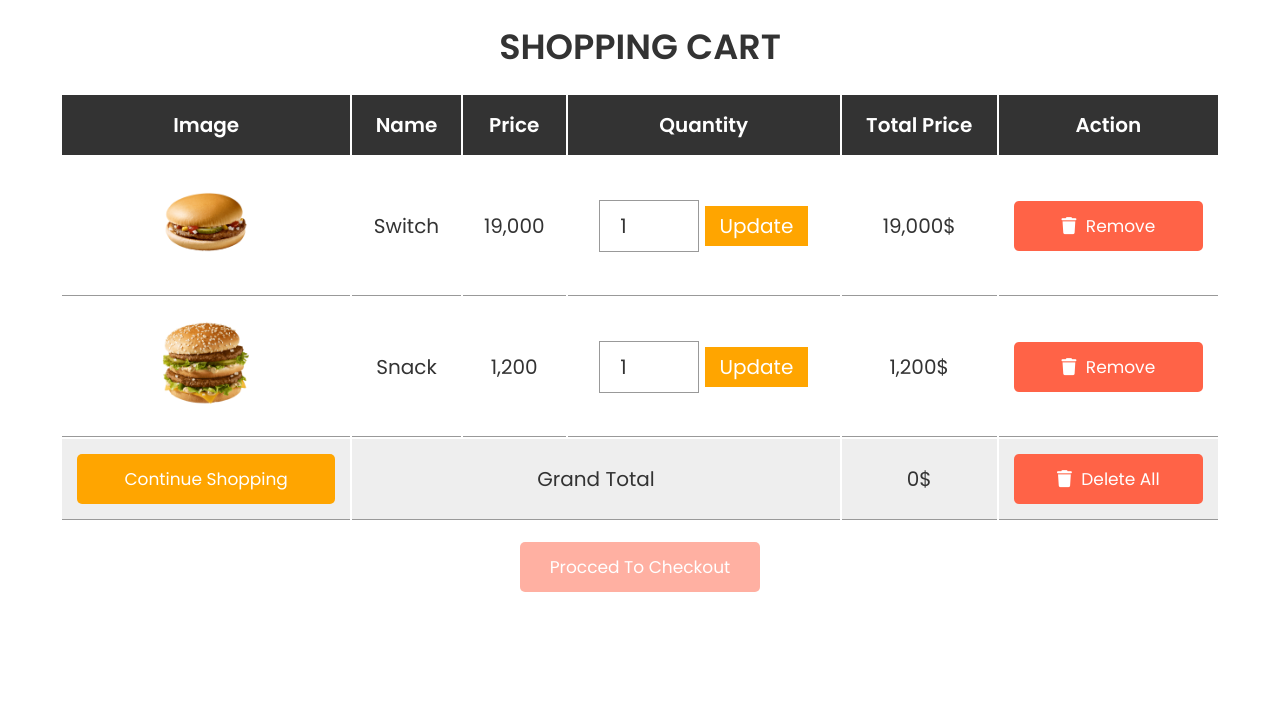
Repository: yennobita/FPT-PHP1
Page: http://localhost/cart.php
These files come from the project's save history. The page is drawn as it stood at one moment and after the next save; the edit follows.
The browser window is 1280 px wide. The pictures show the whole page.
The page is run by PHP 8.4 with error messages shown; the project is at /var/www/html/. The database holds what the project's SQL file puts in it.

Above is the page before, as saved 2022-08-04 01:30:27.
Console error: TypeError: Cannot set properties of null (setting 'onclick')

After the next save:
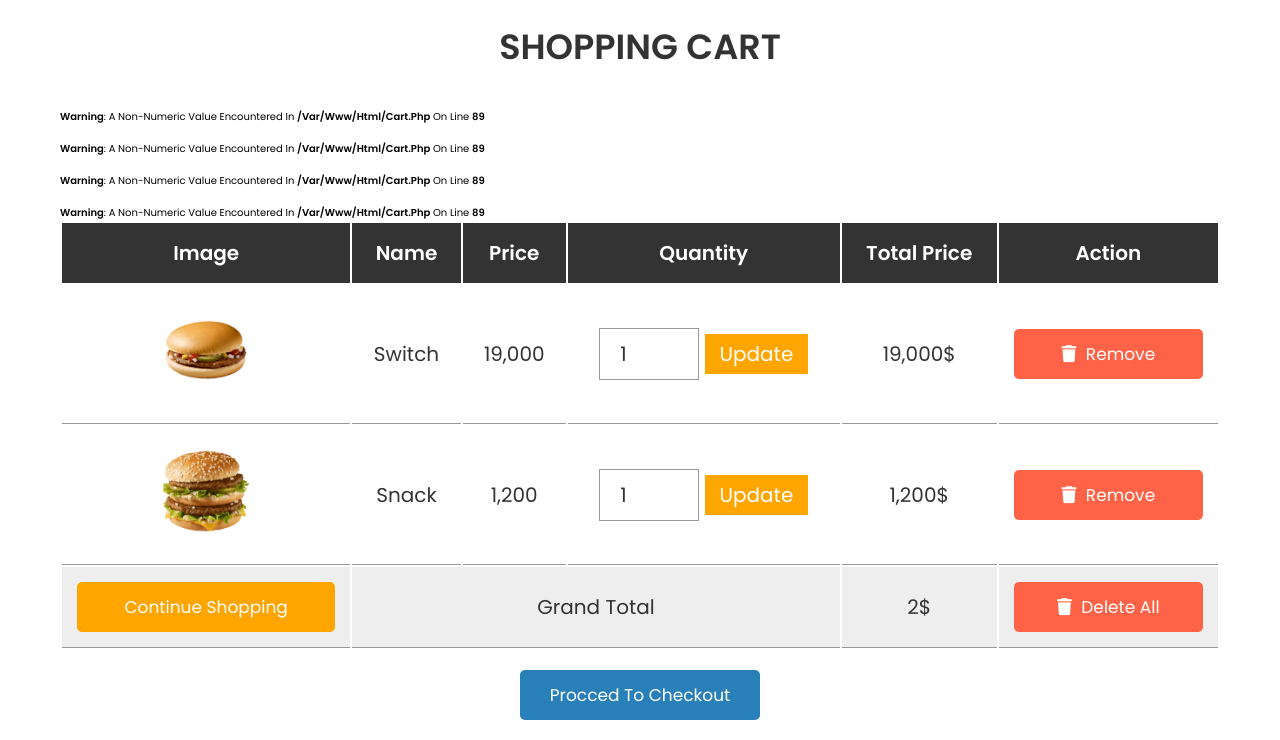
Saved 25 s later.
--- a/ASM_PHP1/cart.php
+++ b/ASM_PHP1/cart.php
@@ -86,7 +86,7 @@ if(isset($_GET['delete_all'])){
             <td><a href="cart.php?remove=<?php echo $fetch_cart['id']; ?>" onclick="return confirm('remove item from cart?')" class="delete-btn"> <i class="fas fa-trash"></i> remove</a></td>
          </tr>
          <?php
-         //   $grand_total = $sub_total + $sub_total;
+           $grand_total = $sub_total + $sub_total;
             };
          };
          ?>
